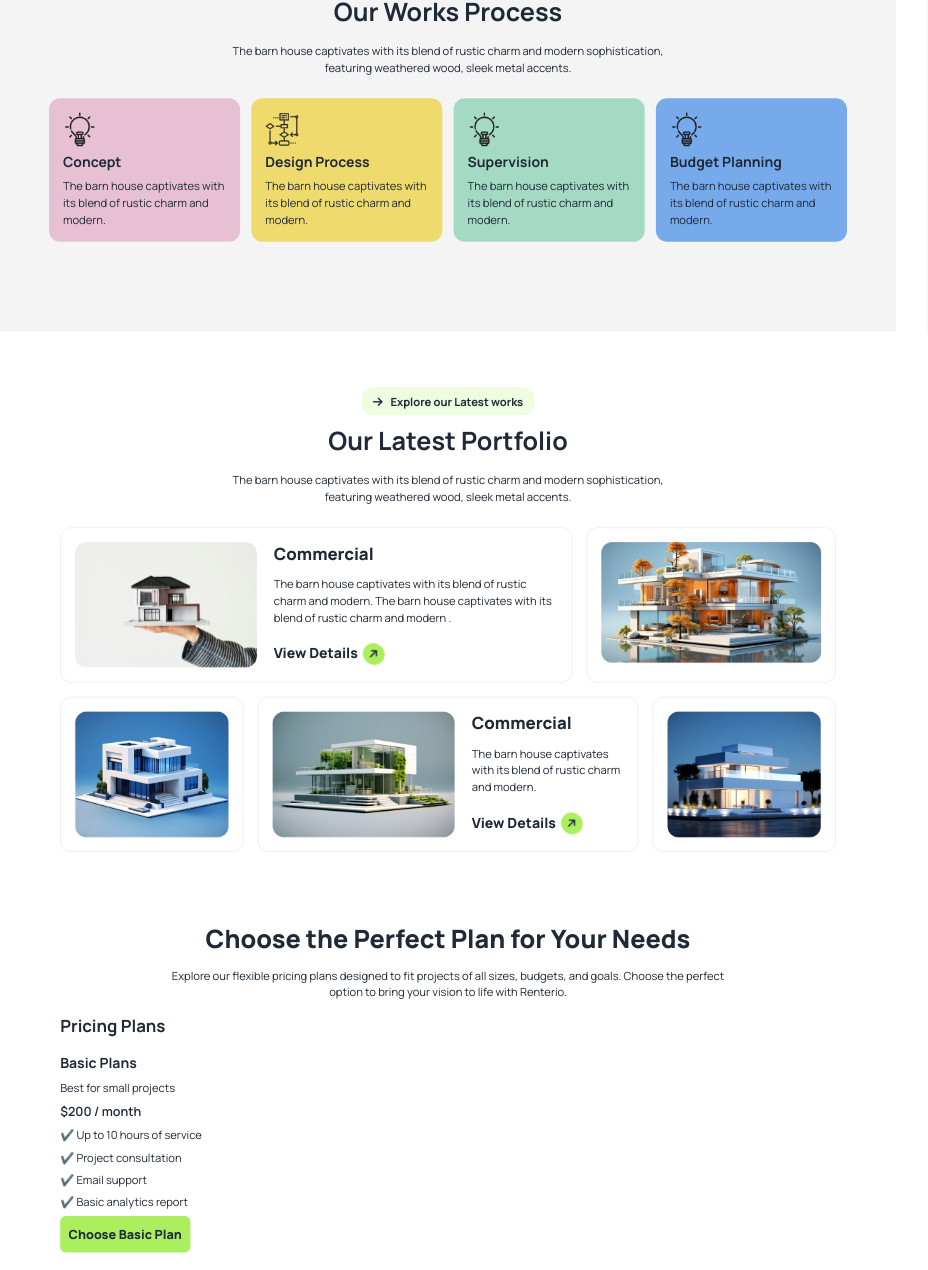
Repository: Tanvir4312/assignment-03
Page: index.html
The author's editor kept a copy of each file at every save. The page is drawn from the files as they stood at one save, then again after the next save.
The browser window is 1280 px wide. The page is 1325 px wide, so the pictures cover 1325 px, including what lies to the right of the window. The pictures show the part of the page from y = 1825 to 3665 px (the page is 3639 px tall before and 3665 px after), at 70% of full size.
Some web libraries are served in a nearby version.

Above is the page before, as saved 2024-10-30 19:53:48.

After the next save:
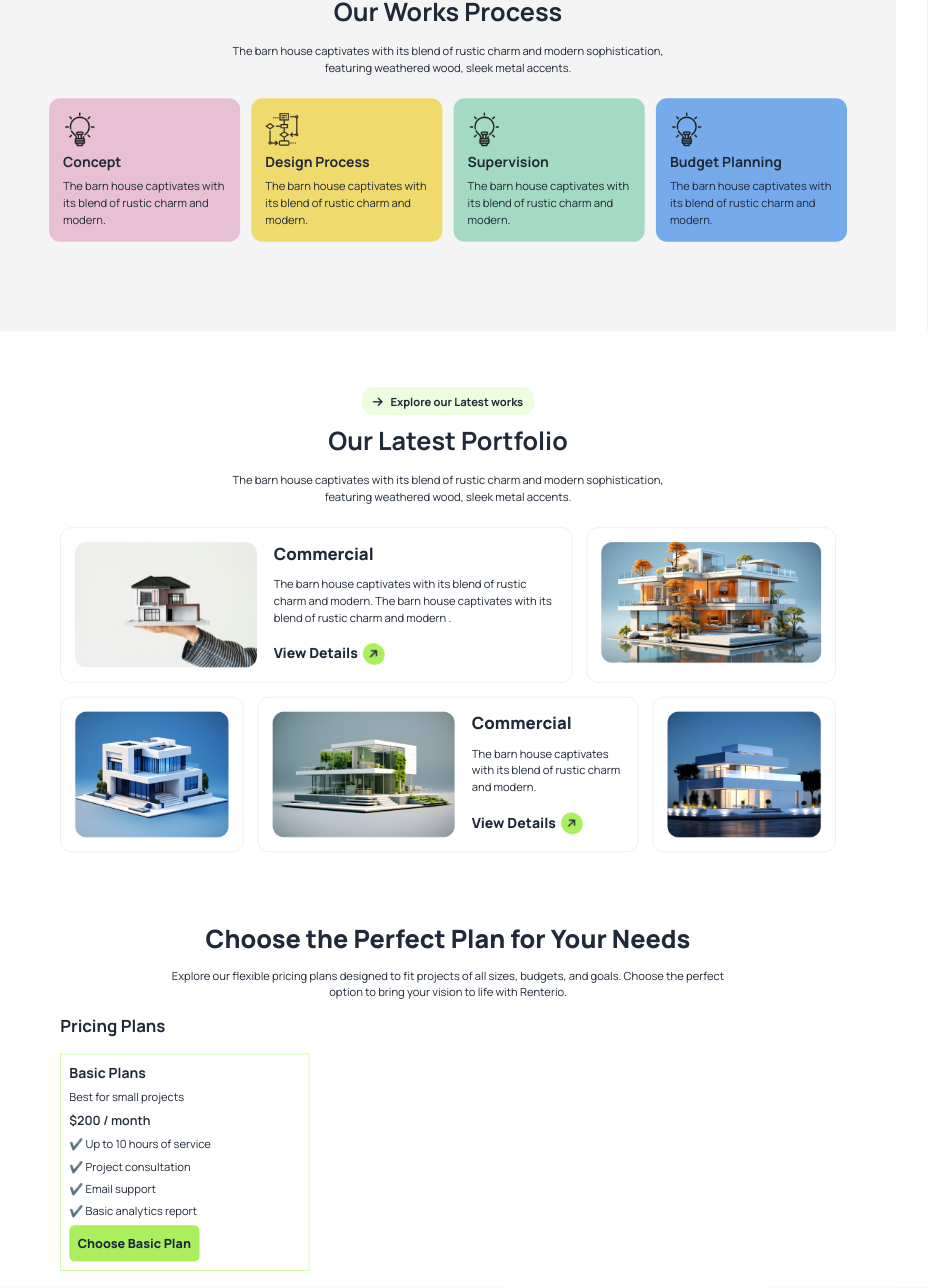
Saved 78 s later.
--- a/index.html
+++ b/index.html
@@ -299,7 +299,7 @@
                 </div>
                 <p class="text-2xl font-bold pb-6">Pricing Plans</p>
                 <div class="grid grid-cols-1 md:grid-cols-3 gap-5">
-                    <div>
+                    <div class="border border-[#bdfe8b] p-3">
                         <div class="space-y-2">
                             <h3 class="text-xl font-bold">Basic Plans</h3>
                             <p>Best for small projects</p>
